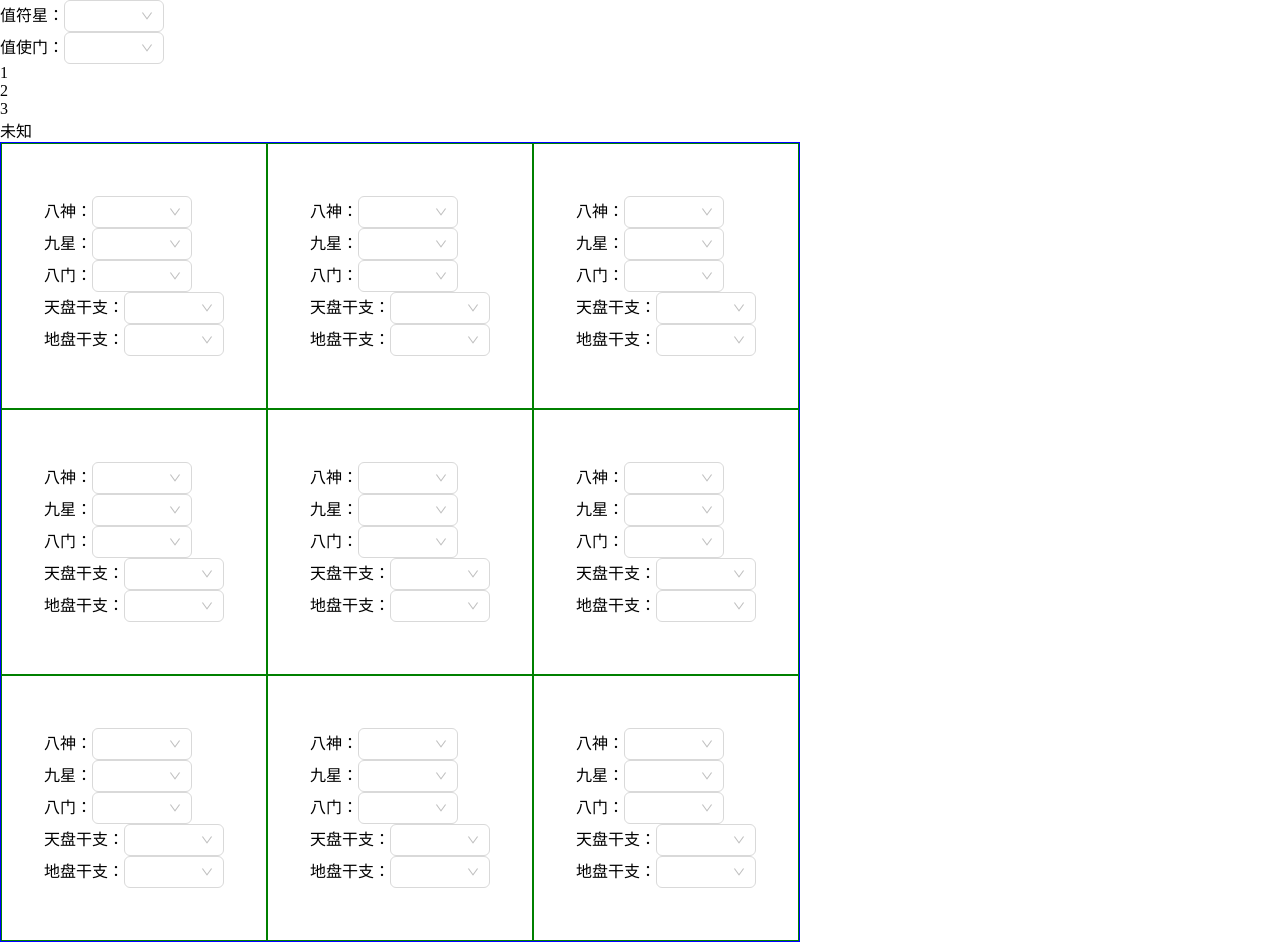
Repository: DaozhangChen/qiMen
Page: /
The author's editor kept a copy of each file at every save. The page is drawn from the files as they stood at one save, then again after the next save.
The browser window is 1280 px wide. The pictures show the whole page.
The project was rebuilt for these pictures with package versions that can differ from the ones it lists, and the page was loaded fresh each time. Also part of the build but not shown: vite.config.js.

Above is the page before, as saved 2024-04-05 17:34:43.

After the next save:
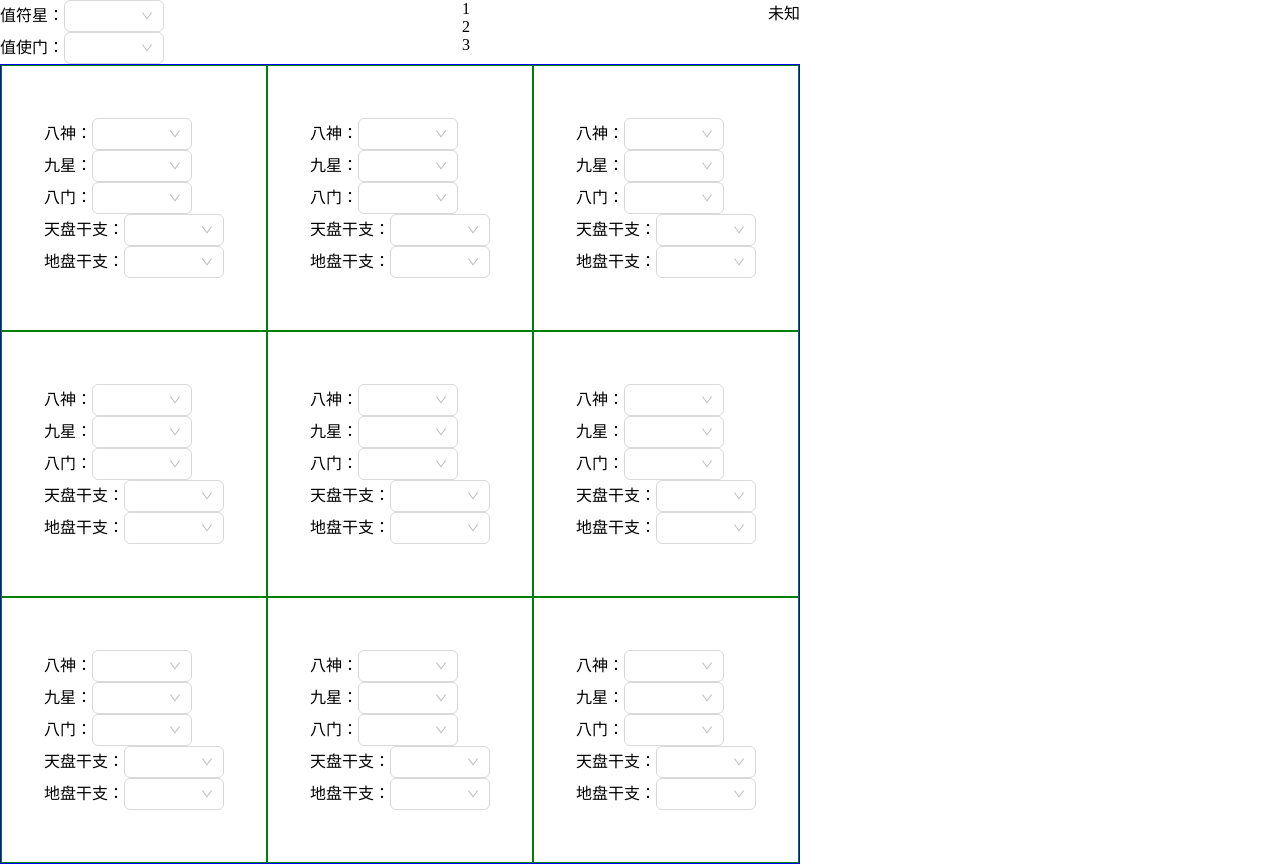
Saved 12 s later.
--- a/src/compoment/HeaderLabel.jsx
+++ b/src/compoment/HeaderLabel.jsx
@@ -1,4 +1,4 @@
-import "../style/HeaderInfo"
+import "../style/HeaderInfo.css"
 import InfoSelect from "./InfoSelect"
 const HeaderInfo = () => {
     return (
